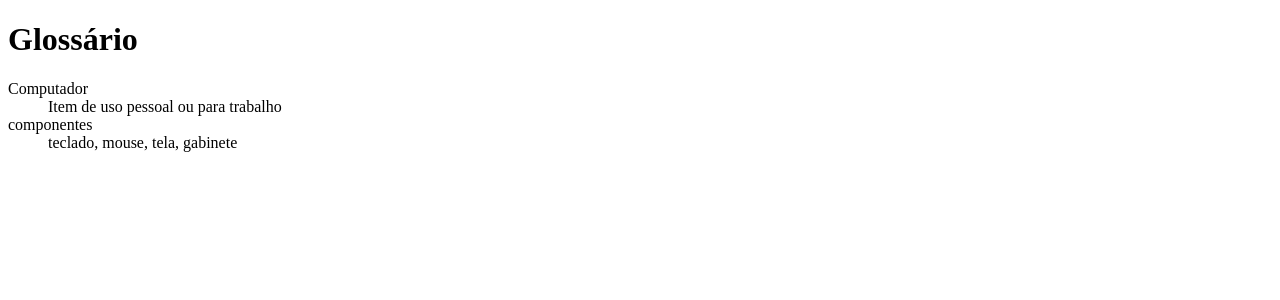
Repository: RenatoCCS/Mais1Code
Page: Rocketseat/Fundamentar/01 - O guia estelar de HTML/Desafios/1_Glossario/glossary.html
An editor plug-in stored every save of this project. The page is shown before and after a run of saves, followed by the edit.
The browser window is 1280 px wide. The pictures show the whole page.

Above is the page before, as saved 2022-04-18 20:32:53.

After the next 2 saves:
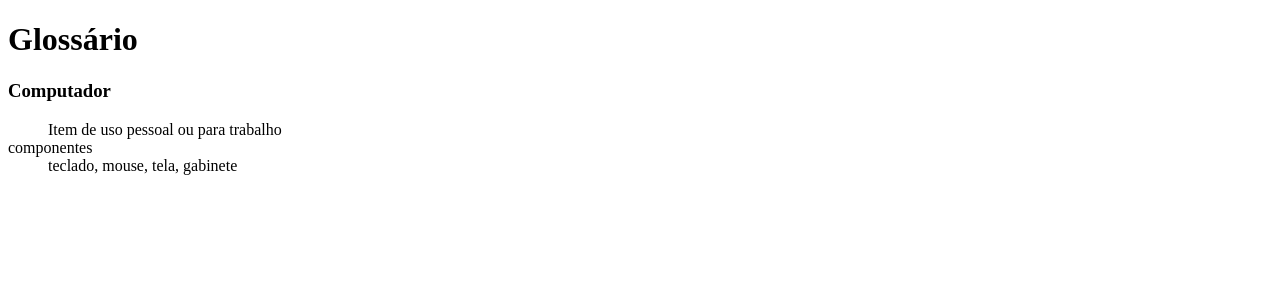
The 2 saves are shown as one change because they came seconds apart.
The last was saved 7 s later.
--- a/Rocketseat/Fundamentar/01 - O guia estelar de HTML/Desafios/1_Glossario/glossary.html
+++ b/Rocketseat/Fundamentar/01 - O guia estelar de HTML/Desafios/1_Glossario/glossary.html
@@ -10,7 +10,7 @@
 
     <h1>Glossário</h1>
 <dl>
-    <h3></h3><dt>Computador</dt>
+    <h3><dt>Computador</dt></h3>
     <dd>Item de uso pessoal ou para trabalho</dd>
 
     <dt>componentes</dt>
